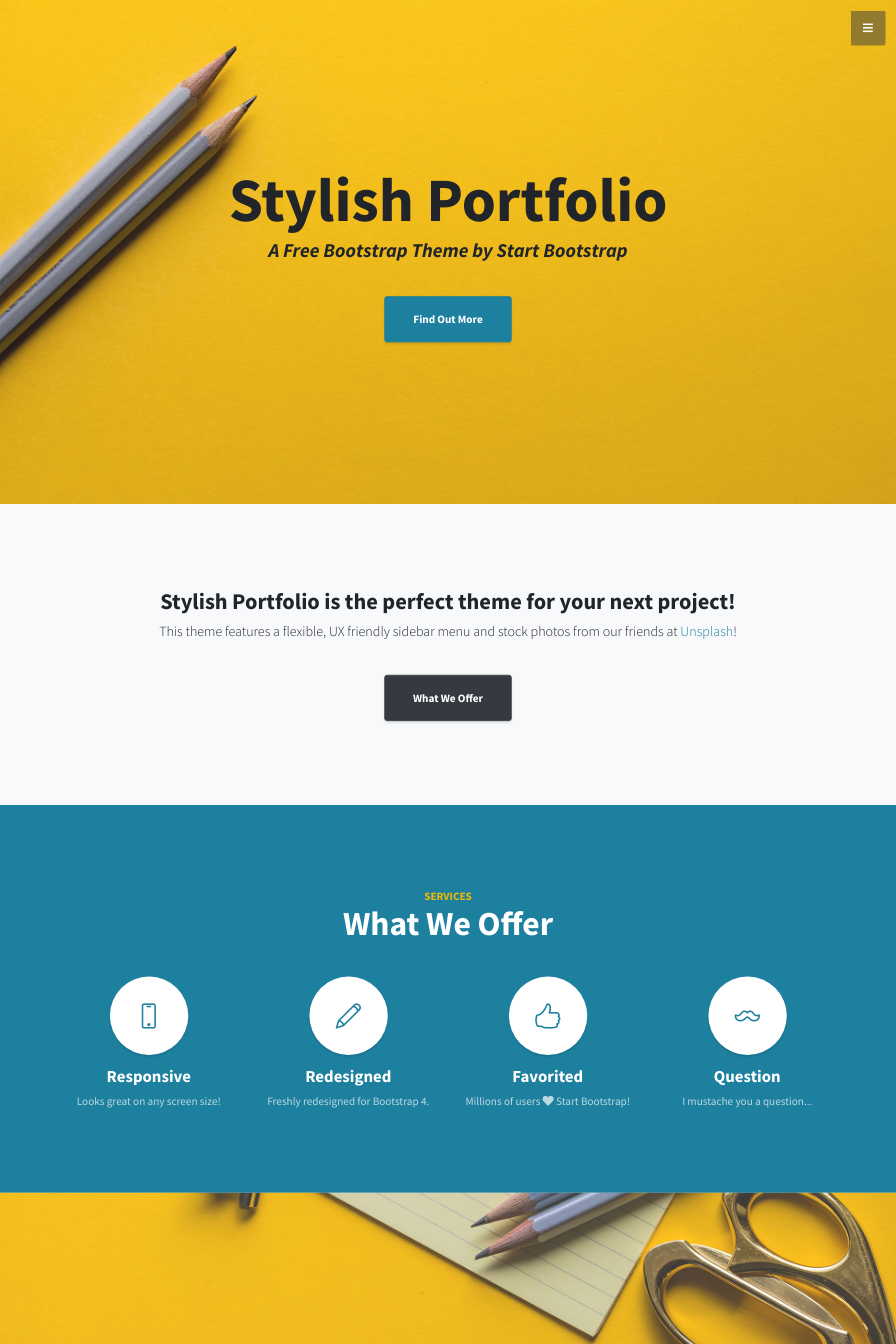
Repository: Williams94/Williams94.github.io
Page: index.html
These files come from the project's save history. The page is drawn as it stood at one moment and after the next save; the edit follows.
The browser window is 1280 px wide. The pictures show the part of the page from y = 0 to 1920 px (the page is 4677 px tall), at 70% of full size.

Above is the page before, as saved 2019-07-06 12:48:11.

After the next save:
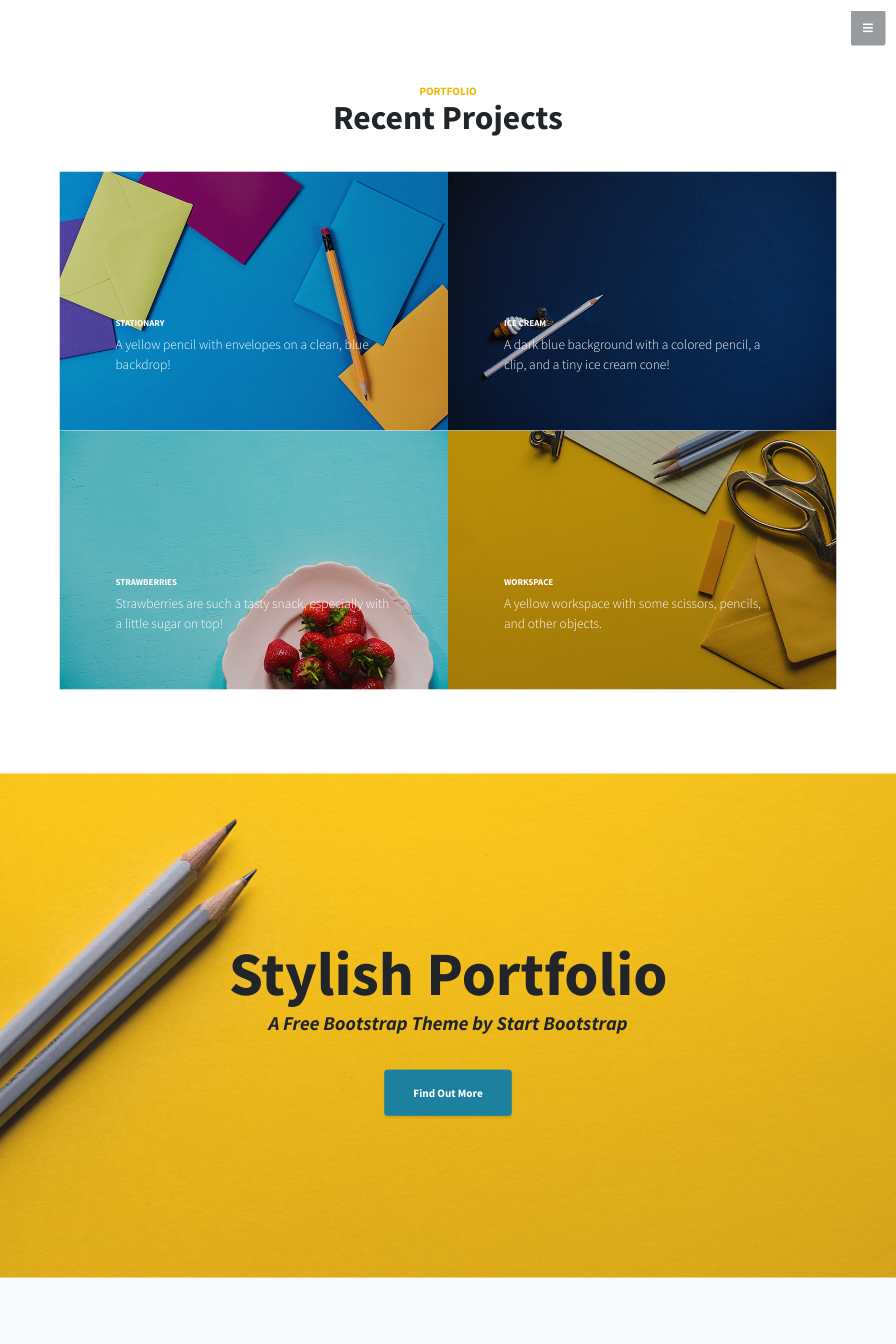
Saved 2 min 37 s later.
--- a/index.html
+++ b/index.html
@@ -51,6 +51,62 @@
       </li>
     </ul>
   </nav>
+
+  <!-- Portfolio -->
+  <section class="content-section" id="portfolio">
+    <div class="container">
+      <div class="content-section-heading text-center">
+        <h3 class="text-secondary mb-0">Portfolio</h3>
+        <h2 class="mb-5">Recent Projects</h2>
+      </div>
+      <div class="row no-gutters">
+        <div class="col-lg-6">
+          <a class="portfolio-item" href="#">
+            <span class="caption">
+              <span class="caption-content">
+                <h2>Stationary</h2>
+                <p class="mb-0">A yellow pencil with envelopes on a clean, blue backdrop!</p>
+              </span>
+            </span>
+            <img class="img-fluid" src="img/portfolio-1.jpg" alt="">
+          </a>
+        </div>
+        <div class="col-lg-6">
+          <a class="portfolio-item" href="#">
+            <span class="caption">
+              <span class="caption-content">
+                <h2>Ice Cream</h2>
+                <p class="mb-0">A dark blue background with a colored pencil, a clip, and a tiny ice cream cone!</p>
+              </span>
+            </span>
+            <img class="img-fluid" src="img/portfolio-2.jpg" alt="">
+          </a>
+        </div>
+        <div class="col-lg-6">
+          <a class="portfolio-item" href="#">
+            <span class="caption">
+              <span class="caption-content">
+                <h2>Strawberries</h2>
+                <p class="mb-0">Strawberries are such a tasty snack, especially with a little sugar on top!</p>
+              </span>
+            </span>
+            <img class="img-fluid" src="img/portfolio-3.jpg" alt="">
+          </a>
+        </div>
+        <div class="col-lg-6">
+          <a class="portfolio-item" href="#">
+            <span class="caption">
+              <span class="caption-content">
+                <h2>Workspace</h2>
+                <p class="mb-0">A yellow workspace with some scissors, pencils, and other objects.</p>
+              </span>
+            </span>
+            <img class="img-fluid" src="img/portfolio-4.jpg" alt="">
+          </a>
+        </div>
+      </div>
+    </div>
+  </section>
 
   <!-- Header -->
   <header class="masthead d-flex">
@@ -138,62 +194,6 @@
     </div>
   </section>
 
-  <!-- Portfolio -->
-  <section class="content-section" id="portfolio">
-    <div class="container">
-      <div class="content-section-heading text-center">
-        <h3 class="text-secondary mb-0">Portfolio</h3>
-        <h2 class="mb-5">Recent Projects</h2>
-      </div>
-      <div class="row no-gutters">
-        <div class="col-lg-6">
-          <a class="portfolio-item" href="#">
-            <span class="caption">
-              <span class="caption-content">
-                <h2>Stationary</h2>
-                <p class="mb-0">A yellow pencil with envelopes on a clean, blue backdrop!</p>
-              </span>
-            </span>
-            <img class="img-fluid" src="img/portfolio-1.jpg" alt="">
-          </a>
-        </div>
-        <div class="col-lg-6">
-          <a class="portfolio-item" href="#">
-            <span class="caption">
-              <span class="caption-content">
-                <h2>Ice Cream</h2>
-                <p class="mb-0">A dark blue background with a colored pencil, a clip, and a tiny ice cream cone!</p>
-              </span>
-            </span>
-            <img class="img-fluid" src="img/portfolio-2.jpg" alt="">
-          </a>
-        </div>
-        <div class="col-lg-6">
-          <a class="portfolio-item" href="#">
-            <span class="caption">
-              <span class="caption-content">
-                <h2>Strawberries</h2>
-                <p class="mb-0">Strawberries are such a tasty snack, especially with a little sugar on top!</p>
-              </span>
-            </span>
-            <img class="img-fluid" src="img/portfolio-3.jpg" alt="">
-          </a>
-        </div>
-        <div class="col-lg-6">
-          <a class="portfolio-item" href="#">
-            <span class="caption">
-              <span class="caption-content">
-                <h2>Workspace</h2>
-                <p class="mb-0">A yellow workspace with some scissors, pencils, and other objects.</p>
-              </span>
-            </span>
-            <img class="img-fluid" src="img/portfolio-4.jpg" alt="">
-          </a>
-        </div>
-      </div>
-    </div>
-  </section>
-
   <!-- Call to Action -->
   <section class="content-section bg-primary text-white">
     <div class="container text-center">
